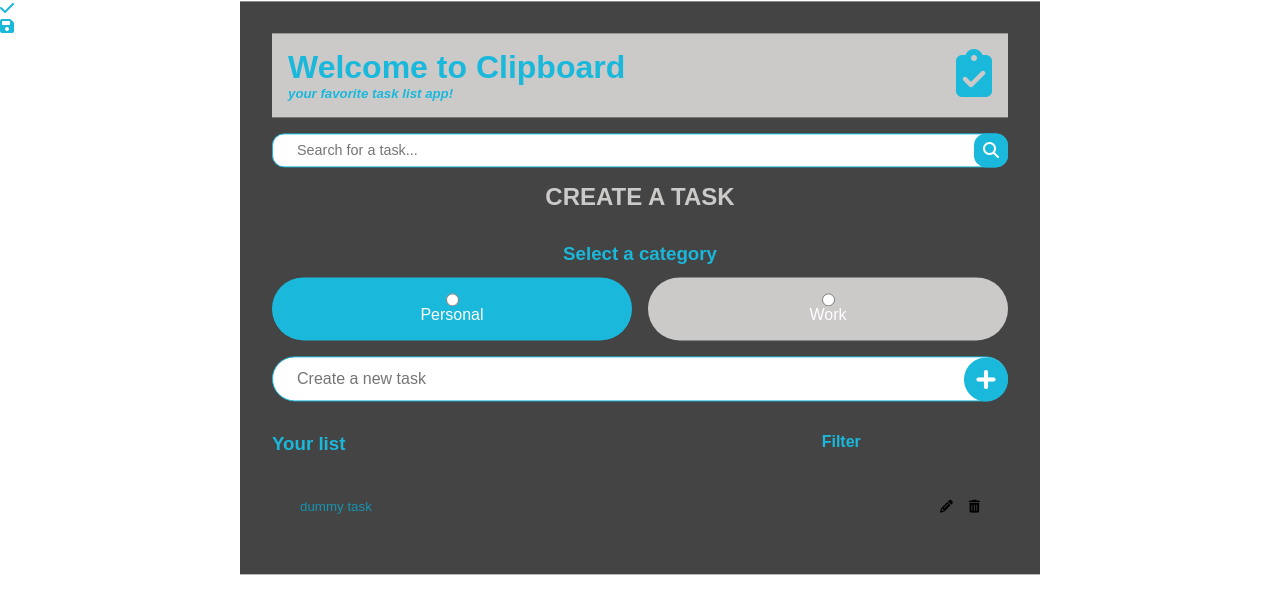
Repository: WesleyErasmus/Todo-App
Page: todoApp.html
The author's editor kept a copy of each file at every save. The page is drawn from the files as they stood at one save, then again after the next save.
The browser window is 1280 px wide. The pictures show the whole page.
Some web libraries are served in a nearby version.

Above is the page before, as saved 2022-06-04 22:10:38.

After the next save:
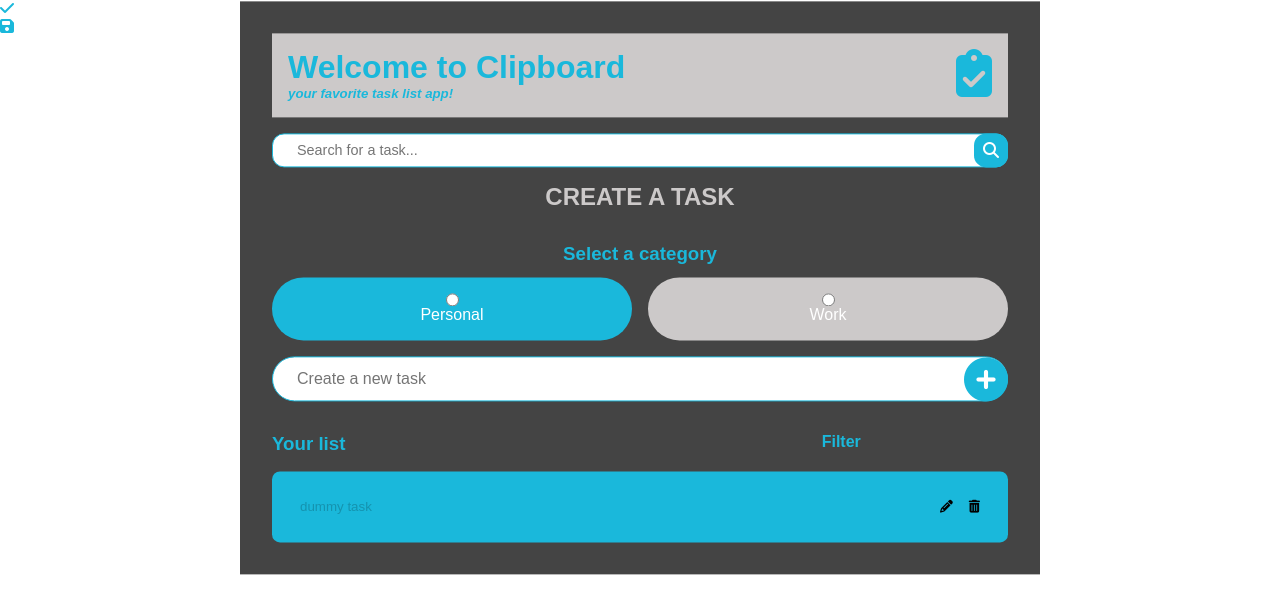
Saved 37 s later.
--- a/source/css/todoApp.css
+++ b/source/css/todoApp.css
@@ -206,7 +206,7 @@ margin-bottom: 1rem;
 #tasks .task-name {
     display: flex;
     justify-content: space-between;
-    background-color: transparent;
+    background-color: var(--primary);
     padding: 1.75rem;
     border-radius: 0.5rem;
     margin-bottom: 1rem;
